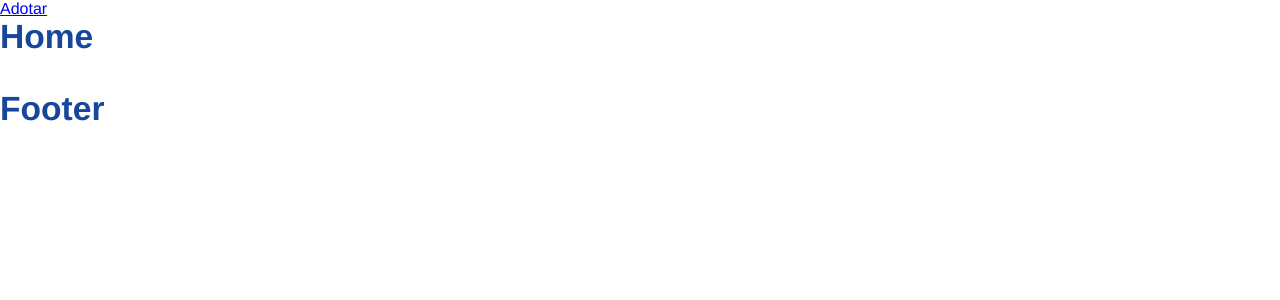
Repository: daviresende03/Get_a_Pet
Page: / (app in frontend/)
The author's editor kept a copy of each file at every save. The page is drawn from the files as they stood at one save, then again after a run of saves.
The browser window is 1280 px wide. The pictures show the whole page.
The project was rebuilt for these pictures with package versions that can differ from the ones it lists, and the page was loaded fresh each time. Also part of the build but not shown: frontend/src/components/pages/Auth/Login.js, frontend/src/components/pages/Auth/Register.js.

Above is the page before, as saved 2023-02-17 23:07:13.

After the next 2 saves:
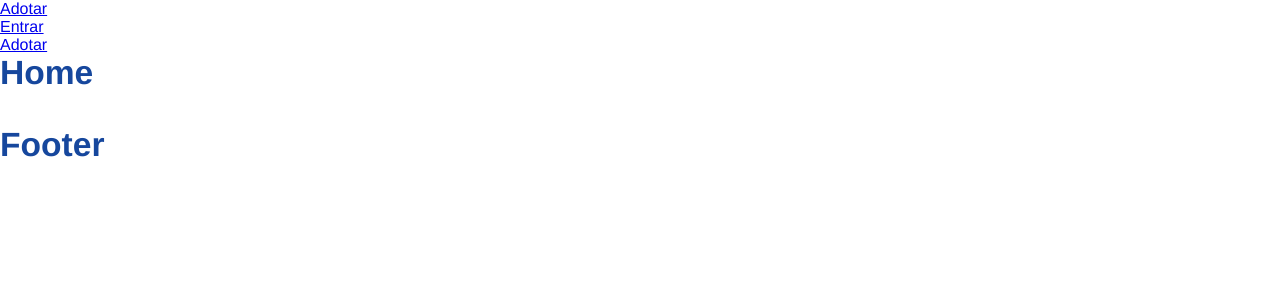
The 2 saves are shown as one change because they came seconds apart.
The last was saved 18 s later.
--- a/frontend/src/components/layout/Navbar.js
+++ b/frontend/src/components/layout/Navbar.js
@@ -7,6 +7,12 @@
                 <li>
                     <Link to="/">Adotar</Link>
                 </li>
+                <li>
+                    <Link to="/login">Entrar</Link>
+                </li>
+                <li>
+                    <Link to="/">Adotar</Link>
+                </li>
             </ul>
         </nav>
     )
